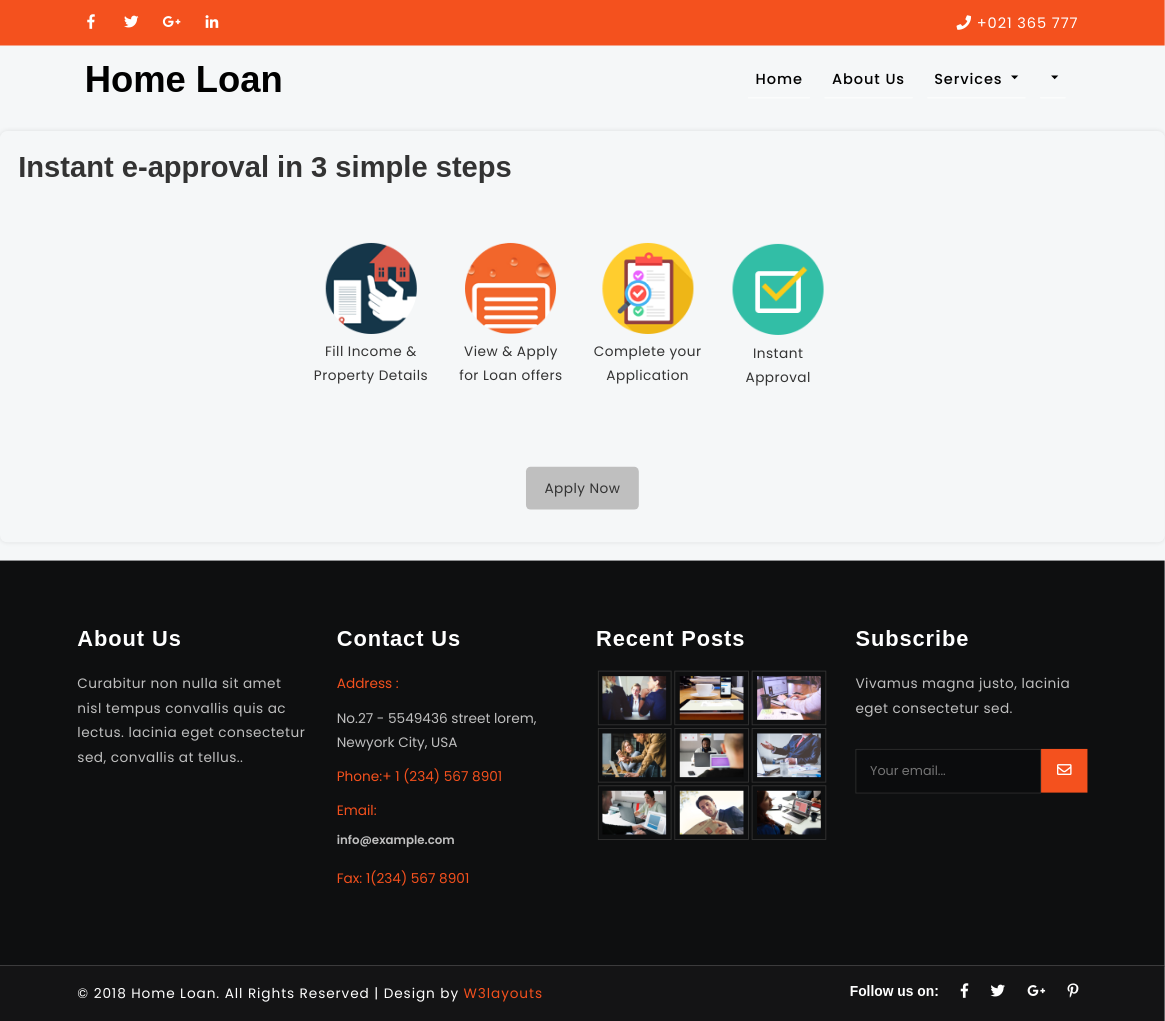
Repository: 72-faisal/Spring-MVC-project
Page: http://localhost/HomeLoan/WEB-INF/views/LoanApplyOnline.jsp
An editor plug-in stored every save of this project. The page is shown before and after the next save, followed by the edit.
The browser window is 1280 px wide. The pictures show the whole page, at 91% of full size.
Some web fonts or font styles are not loaded; a fallback is used. The page is served by Tomcat 9. Nobody is signed in. Other server files are loaded and not shown. The template is opened directly, without the code that normally fills it, so the values that code supplies are empty.

Above is the page before, as saved 2023-12-28 06:21:21.

### HomeLoan/src/main/webapp/WEB-INF/views/LoanApplyOnline.jsp
<%@ page language="java" contentType="text/html; charset=ISO-8859-1"
	pageEncoding="ISO-8859-1"%>
<%@ page isELIgnored="false"%>
<!DOCTYPE html>
<html>
<head>
<meta charset="ISO-8859-1">
<title>Home Loan a Banking Category Flat Bootstrap Responsive
	Website Template | Services :: w3layouts</title>
<style type="text/css">
/* Global Styles */
body {
	font-family: 'Poppins', sans-serif;
	margin: 0;
	padding: 0;
	background-color: #f5f5f5;
}

/* Header Styles */
/*   header {
        background-color: #333;
        color: #fff;
        padding: 10px 0;
    } */
.top {
	background-color: #555;
	padding: 5px 0;
}

.top-middle ul, .top-left ul {
	padding: 0;
	margin: 0;
	list-style: none;
}

.top-middle ul li, .top-left ul li {
	display: inline;
	margin-right: 10px;
}

/* Apply Online Section Styles */
.apply-online {
	/* background-color: #fff; */
	padding: 20px;
	margin: 20px 0;
	border-radius: 8px;
	box-shadow: 0 0 6px rgba(0, 0, 0, 0.1);
}

.apply-online h2 span {
	color: #333;
}

.apply-online ul {
	list-style: none;
	padding: 60px;
	margin: 0;
	text-align: center;
}

.apply-online ul li {
	display: inline-block;
	margin-right: 30px;
	vertical-align: top;
}

.apply-online ul li img {
	max-width: 100%;
}

.apply-online ul li p {
	margin: 5px 0;
}

.apply-online .apply-btn {
	background-color: #bfbfbf;
	color: #fff;
	padding: 10px 20px;
	text-decoration: none;
	border-radius: 5px;
	display: inline-block;
	margin-top: 20px;

}

/* Footer Styles */
/*  footer {
        background-color: #f1f1f1;
        color: #fff;
        text-align: center;
        padding: 10px 0;
        margin-top: 20px;
    } */
</style>
<!-- Additional stylesheets -->
<title>Home Loan a Banking Category Flat Bootstrap Responsive
	Website Template | Services :: w3layouts</title>
<meta name="viewport" content="width=device-width, initial-scale=1">
<meta charset="utf-8">
<meta name="keywords"
	content="Home Loan Responsive web template, Bootstrap Web Templates, Flat Web Templates, Android Compatible web template,
SmartPhone Compatible web template, free WebDesigns for Nokia, Samsung, LG, SonyEricsson, Motorola web design" />
<script>
	addEventListener("load", function() {
		setTimeout(hideURLbar, 0);
	}, false);

	function hideURLbar() {
		window.scrollTo(0, 1);
	}
</script>

<!-- Bootstrap Core CSS -->
<link href="<%=request.getContextPath()%>/resources/css/bootstrap.css"
	rel='stylesheet' type='text/css' />
<link href="<%=request.getContextPath()%>/resources/css/style.css"
	rel='stylesheet' type='text/css' />
<!-- font-awesome icons -->
<link
	href="<%=request.getContextPath()%>/resources/css/fontawesome-all.min.css"
	rel="stylesheet">
<!-- //Custom Theme files -->
<!-- online fonts -->
<!-- titles -->
<link
	href="//fonts.googleapis.com/css?family=Raleway:300,400,500,600,700,800,900"
	rel="stylesheet">
<!-- body -->
<link
	href="//fonts.googleapis.com/css?family=Poppins:400,500,600,700,800"
	rel="stylesheet">
</head>

<body>

	<!-- header -->
	<header>
		<div class="top">
			<div class="container">
				<div class="t-op row">
					<div class="col-sm-6 top-middle">
						<ul>
							<li><a href="#"><i class="fab fa-facebook-f"></i></a></li>
							<li><a href="#"><i class="fab fa-twitter"></i></a></li>
							<li><a href="#"><i class="fab fa-google-plus-g"></i></a></li>
							<li><a href="#"><i class="fab fa-linkedin-in"></i></a></li>
						</ul>
					</div>
					<div class="col-sm-6 top-left">
						<ul>
							<li><i class="fas fa-phone"></i> +021 365 777</li>
						</ul>
					</div>
				</div>
			</div>
		</div>
		<div class="container">
			<nav class="navbar navbar-expand-lg navbar-light">
				<h1>
					<a class="navbar-brand text-capitalize" href="index"> Home Loan
					</a>
				</h1>
				<button class="navbar-toggler" type="button" data-toggle="collapse"
					data-target="#navbarSupportedContent"
					aria-controls="navbarSupportedContent" aria-expanded="false"
					aria-label="Toggle navigation">
					<span class="navbar-toggler-icon"></span>
				</button>

				<div class="collapse navbar-collapse" id="navbarSupportedContent">
					<ul class="navbar-nav text-center  ml-lg-auto">
						<li class="nav-item mr-3"><a class="nav-link" href="index">Home
								<span class="sr-only">(current)</span>
						</a></li>
						<li class="nav-item  mr-3"><a class="nav-link" href="about">About
								Us</a></li>

						<li class="nav-item dropdown mr-3"><a
							class="nav-link dropdown-toggle" href="#" id="navbarDropdown"
							role="button" data-toggle="dropdown" aria-haspopup="true"
							aria-expanded="false"> Services </a>
							<div class="dropdown-menu" aria-labelledby="navbarDropdown">
								<a class="dropdown-item" href="LoanApplyOnline">Apply Online</a>
								<a class="dropdown-item" href="LoanApprovedProject">Approved
									Project</a> <a class="dropdown-item" href="LoanCalculator">Loan
									Calculator</a>
							</div></li>
						<li class="nav-item dropdown mr-3"><a
							class="nav-link dropdown-toggle" href="#" id="navbarDropdown"
							role="button" data-toggle="dropdown" aria-haspopup="true"
							aria-expanded="false"> ${user.name } </a>
							<div class="dropdown-menu" aria-labelledby="navbarDropdown">
								<a class="dropdown-item" href="UserProfile">Profile</a> <a
									class="dropdown-item" href="UserChangePassword">Change
									Password</a> <a class="dropdown-item" href="UserLogout">Logout</a>
							</div></li>
						<!-- 	<li class="nav-item">
							<a class="nav-link" href="contact">contact</a>
						</li> -->
					</ul>
				</div>
			</nav>
		</div>
	</header>
	<!-- //header -->

	<!-- Apply Online Section -->
	<div
		class="apply-online resp-tab-content hor_1 resp-tab-content-active"
		aria-labelledby="hor_1_tab_item-2" style="display: block">
		<h2>
			<span>Instant e-approval in 3 simple steps</span>
		</h2>
		<ul>
			<li>
				<p>
					<img
						src="<%=request.getContextPath()%>/resources/images/apply-img1.png"
						alt="Property Details" title="Property Details">
				</p>
				<p>
					Fill Income &amp; <br>Property Details
				</p>
			</li>
			<li>
				<p>
					<img
						src="<%=request.getContextPath()%>/resources/images/apply-img2.png"
						alt="View &amp; Apply for Loan offers"
						title="View &amp; Apply for Loan offers">
				</p>
				<p>
					View &amp; Apply <br>for Loan offers
				</p>
			</li>
			<li>
				<p>
					<img
						src="<%=request.getContextPath()%>/resources/images/apply-img3.png"
						alt="Complete your Application" title="Complete your Application">
				</p>
				<p>
					Complete your <br>Application
				</p>
			</li>
			<li>
				<p>
					<img
						src="<%=request.getContextPath()%>/resources/images/apply-img4.png"
						alt="Instant Approval" title="Instant Approval">
				</p>
				<p>
					Instant <br>Approval
				</p>
			</li>
		</ul>
		<!-- <p>&nbsp;</p>
		<p>&nbsp;</p> -->
		<p class="txt-center" style="text-align: center;">
			<a class="apply-btn" value="pply Now">Apply Now <i class="arrow-icon"></i></a>
		</p>
	</div>

	<!--footer-->
	<footer>
		<div class="container py-md-4 mt-md-3">
			<div class="row footer-top-w3layouts-agile py-5">
				<div class="col-lg-3 col-md-6 col-sm-6 footer-grid">
					<div class="footer-title">
						<h3>About Us</h3>
					</div>
					<div class="footer-text">
						<p>Curabitur non nulla sit amet nisl tempus convallis quis ac
							lectus. lacinia eget consectetur sed, convallis at tellus..</p>

					</div>
				</div>
				<div class="col-lg-3 col-md-6 col-sm-6 footer-grid">
					<div class="footer-title">
						<h3>Contact Us</h3>
					</div>
					<div class="footer-office-hour">
						<ul>
							<li class="hd">Address :</li>
							<li>No.27 - 5549436 street lorem, Newyork City, USA</li>

						</ul>
						<ul>
							<li class="hd">Phone:+ 1 (234) 567 8901</li>
							<li class="hd">Email: <a href="mailto:info@example.com">info@example.com</a>
							</li>
							<li class="hd">Fax: 1(234) 567 8901</li>
						</ul>
					</div>
				</div>
				<div class="col-lg-3 col-md-6 col-sm-6 footer-grid">
					<div class="footer-title">
						<h3>Recent Posts</h3>
					</div>
					<div class="footer-list">
						<div class="flickr-grid">
							<a href="#" data-toggle="modal" data-target="#myModal"> <img
								src="<%=request.getContextPath()%>/resources/images/g1.jpg"
								class="img-fluid" alt=" ">
							</a>
						</div>
						<div class="flickr-grid">
							<a href="#" data-toggle="modal" data-target="#myModal"> <img
								src="<%=request.getContextPath()%>/resources/images/g2.jpg"
								class="img-fluid" alt=" ">
							</a>
						</div>
						<div class="flickr-grid">
							<a href="#" data-toggle="modal" data-target="#myModal"> <img
								src="<%=request.getContextPath()%>/resources/images/g3.jpg"
								class="img-fluid" alt=" ">
							</a>
						</div>
						<div class="flickr-grid">
							<a href="#" data-toggle="modal" data-target="#myModal"> <img
								src="<%=request.getContextPath()%>/resources/images/g4.jpg"
								class="img-fluid" alt=" ">
							</a>
						</div>
						<div class="flickr-grid">
							<a href="#" data-toggle="modal" data-target="#myModal"> <img
								src="<%=request.getContextPath()%>/resources/images/g5.jpg"
								class="img-fluid" alt=" ">
							</a>
						</div>
						<div class="flickr-grid">
							<a href="#" data-toggle="modal" data-target="#myModal"> <img
								src="<%=request.getContextPath()%>/resources/images/g6.jpg"
								class="img-fluid" alt=" ">
							</a>
						</div>
						<div class="flickr-grid">
							<a href="#" data-toggle="modal" data-target="#myModal"> <img
								src="<%=request.getContextPath()%>/resources/images/g7.jpg"
								class="img-fluid" alt=" ">
							</a>
						</div>
						<div class="flickr-grid">
							<a href="#" data-toggle="modal" data-target="#myModal"> <img
								src="<%=request.getContextPath()%>/resources/images/g9.jpg"
								class="img-fluid" alt=" ">
							</a>
						</div>
						<div class="flickr-grid">
							<a href="#" data-toggle="modal" data-target="#myModal"> <img
								src="<%=request.getContextPath()%>/resources/images/g8.jpg"
								class="img-fluid" alt=" ">
							</a>
						</div>
						<div class="clearfix"></div>
					</div>
				</div>
				<div class="col-lg-3 col-md-6 col-sm-6 footer-grid">
					<div class="footer-title">
						<h3>Subscribe</h3>
					</div>
					<p>Vivamus magna justo, lacinia eget consectetur sed.</p>
					<form action="#" method="post" class="newsletter">
						<input class="email" type="email" placeholder="Your email..."
							required="">
						<button class="btn1">
							<i class="far fa-envelope"></i>
						</button>
					</form>
					<div class="clearfix"></div>
				</div>
			</div>
		</div>
	</footer>
	<!---->
	<div class="copyright py-3">
		<div class="container">
			<div class="copyrighttop">
				<ul>
					<li>
						<h4>Follow us on:</h4>
					</li>
					<li><a class="facebook" href="#"> <i
							class="fab fa-facebook-f"></i>
					</a></li>
					<li><a class="facebook" href="#"> <i
							class="fab fa-twitter"></i>
					</a></li>
					<li><a class="facebook" href="#"> <i
							class="fab fa-google-plus-g"></i>
					</a></li>
					<li><a class="facebook" href="#"> <i
							class="fab fa-pinterest-p"></i>
					</a></li>
				</ul>
			</div>
			<div class="copyrightbottom">
				<p>
					© 2018 Home Loan. All Rights Reserved | Design by <a
						href="http://w3layouts.com/">W3layouts</a>
				</p>
			</div>
			<div class="clearfix"></div>
		</div>
	</div>
	<!-- Modal -->
	<div class="modal fade" id="myModal" tabindex="-1" role="dialog"
		aria-labelledby="exampleModalCenterTitle" aria-hidden="true">
		<div class="modal-dialog modal-dialog-centered" role="document">
			<div class="modal-content">
				<div class="modal-header">
					<h4 class="modal-title">Home Loan</h4>
					<button type="button" class="close" data-dismiss="modal"
						aria-label="Close">
						<span aria-hidden="true">&times;</span>
					</button>
				</div>
				<div class="modal-body">
					<div class="agileits-w3layouts-info">
						<img src="<%=request.getContextPath()%>/resources/images/g6.jpg"
							class="img-fluid" alt="" />
						<p>Duis venenatis, turpis eu bibendum porttitor, sapien quam
							ultricies tellus, ac rhoncus risus odio eget nunc. Pellentesque
							ac fermentum diam. Integer eu facilisis nunc, a iaculis felis.
							Pellentesque pellentesque tempor enim, in dapibus turpis
							porttitor quis.</p>
					</div>
				</div>
				<div class="modal-footer">
					<button type="button" class="btn btn-secondary"
						data-dismiss="modal">Close</button>
					<button type="button" class="btn btn-primary">Save changes</button>
				</div>
			</div>
		</div>
	</div>
	<!-- //Modal -->
	<!-- js-->
	<script
		src="<%=request.getContextPath()%>/resources/js/jquery-2.2.3.min.js"></script>
	<!-- js-->
	<!-- Bootstrap Core JavaScript -->
	<script
		src="<%=request.getContextPath()%>/resources/js/bootstrap.js ">

	</script>
	<!-- //Bootstrap Core JavaScript -->

</body>
</html>

Loaded but not shown: HomeLoan/src/main/webapp/WEB-INF/resources/assets/css/bootstrap.css (library); HomeLoan/src/main/webapp/WEB-INF/resources/assets/css/fontawesome-all.min.css (library); HomeLoan/src/main/webapp/WEB-INF/resources/assets/js/jquery-2.2.3.min.js (library); HomeLoan/src/main/webapp/WEB-INF/resources/assets/js/bootstrap.js (library); HomeLoan/src/main/webapp/WEB-INF/resources/assets/css/style.css (2094 lines, source omitted)

After the next save:
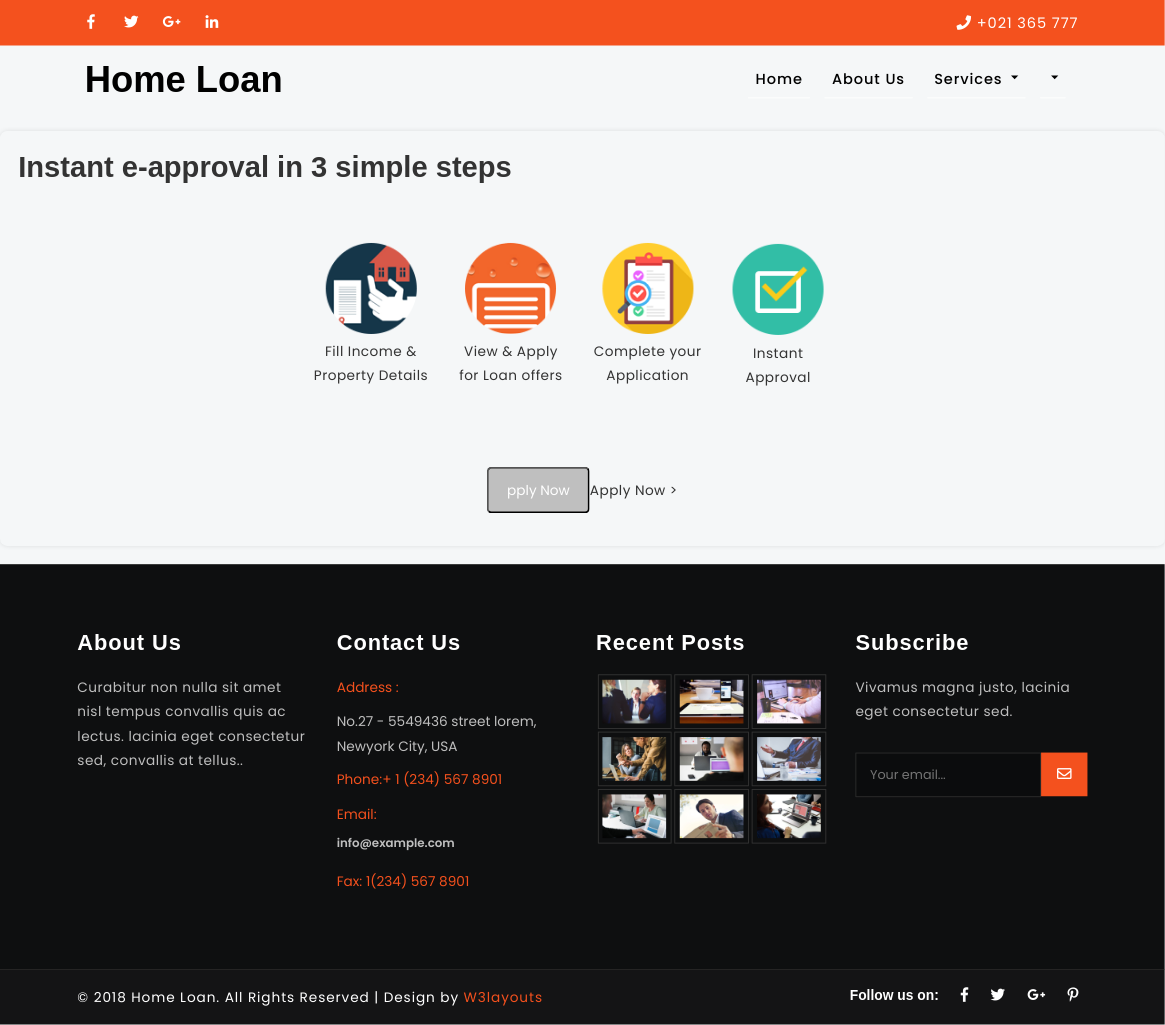
Saved 35 s later.
--- a/HomeLoan/src/main/webapp/WEB-INF/views/LoanApplyOnline.jsp
+++ b/HomeLoan/src/main/webapp/WEB-INF/views/LoanApplyOnline.jsp
@@ -257,7 +257,7 @@ SmartPhone Compatible web template, free WebDesigns for Nokia, Samsung, LG, Sony
 		<!-- <p>&nbsp;</p>
 		<p>&nbsp;</p> -->
 		<p class="txt-center" style="text-align: center;">
-			<a class="apply-btn" value="pply Now">Apply Now <i class="arrow-icon"></i></a>
+			<input type="submit"<a class="apply-btn" value="pply Now">Apply Now <i class="arrow-icon"></i></a>>
 		</p>
 	</div>
 
